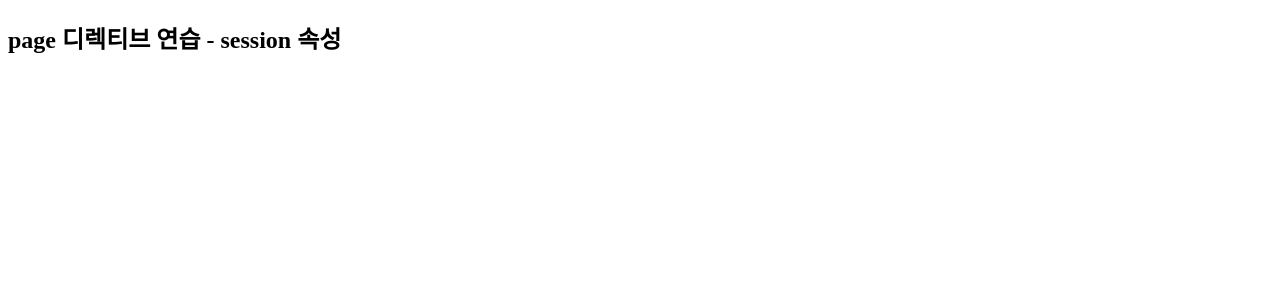
Repository: matodale/StudyJSP
Page: http://localhost/StudyJSP/ch04/pageDirectiveSession.jsp
The author's editor kept a copy of each file at every save. The page is drawn from the files as they stood at one save, then again after the next save.
The browser window is 1280 px wide. The pictures show the whole page.
The page is served by Tomcat 9.

Above is the page before, as saved 2022-12-20 13:06:24.

After the next save:
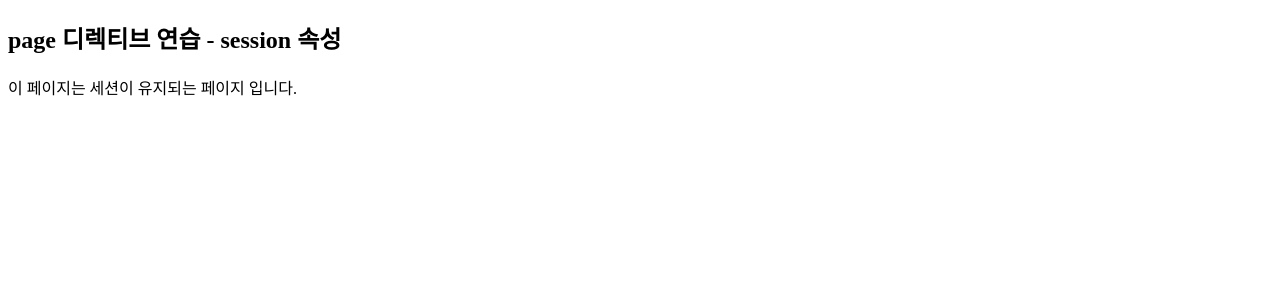
Saved 21 s later.
--- a/StudyJSP/src/main/webapp/ch04/pageDirectiveSession.jsp
+++ b/StudyJSP/src/main/webapp/ch04/pageDirectiveSession.jsp
@@ -9,5 +9,6 @@
 </head>
 <body>
 <h2>page 디렉티브 연습 - session 속성 </h2>
+<%="이 페이지는 세션이 유지되는 페이지 입니다." %>
 </body>
 </html>
